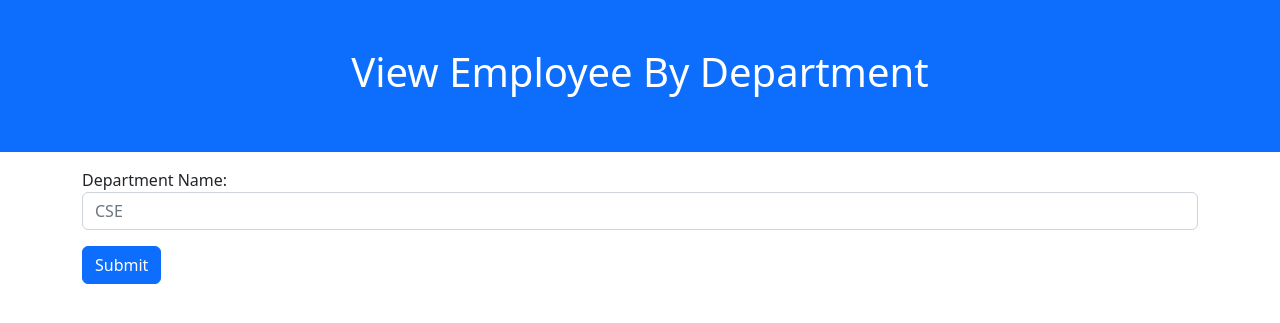
Repository: Rishicollinz/Java_Fullstack
Page: Eclipse 2/jspproject/src/main/webapp/view/byproj.html
The author's editor kept a copy of each file at every save. The page is drawn from the files as they stood at one save, then again after the next save.
The browser window is 1280 px wide. The pictures show the whole page.

Above is the page before, as saved 2023-05-18 16:23:08.

### Eclipse 2/jspproject/src/main/webapp/view/byproj.html
<!DOCTYPE html>
<html>
<head>
<meta charset="UTF-8">
<title>View By department</title>

<link href="https://cdn.jsdelivr.net/npm/bootstrap@5.2.3/dist/css/bootstrap.min.css" rel="stylesheet">
<script src="https://cdn.jsdelivr.net/npm/bootstrap@5.2.3/dist/js/bootstrap.bundle.min.js"></script>

</head>
<body>

<div class="container-fluid p-5 bg-primary text-white text-center">
  <h1>View Employee By Department</h1>
</div>

<div class="container mt-3">
  <form action="bydept.jsp" method="post">
    <div class="mb-3 mt-3">
      <label for="deptName">Department Name:</label>
      <input type="text" class="form-control"  placeholder="CSE" name="deptName">
    </div>
    <button type="submit" class="btn btn-primary">Submit</button>
  </form>
</div>


</body>
</html>

After the next save:
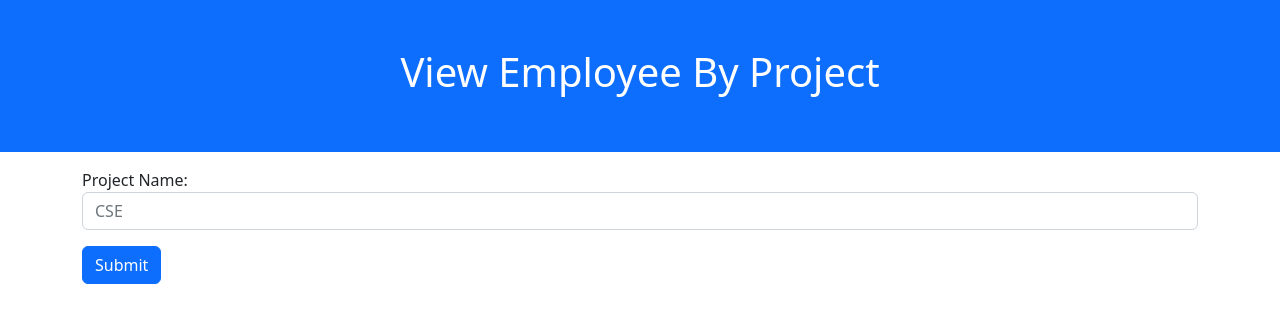
Saved 60 s later.
--- a/Eclipse 2/jspproject/src/main/webapp/view/byproj.html
+++ b/Eclipse 2/jspproject/src/main/webapp/view/byproj.html
@@ -2,7 +2,7 @@
 <html>
 <head>
 <meta charset="UTF-8">
-<title>View By department</title>
+<title>View By Project</title>
 
 <link href="https://cdn.jsdelivr.net/npm/bootstrap@5.2.3/dist/css/bootstrap.min.css" rel="stylesheet">
 <script src="https://cdn.jsdelivr.net/npm/bootstrap@5.2.3/dist/js/bootstrap.bundle.min.js"></script>
@@ -11,14 +11,14 @@
 <body>
 
 <div class="container-fluid p-5 bg-primary text-white text-center">
-  <h1>View Employee By Department</h1>
+  <h1>View Employee By Project</h1>
 </div>
 
 <div class="container mt-3">
-  <form action="bydept.jsp" method="post">
+  <form action="byproj.jsp" method="post">
     <div class="mb-3 mt-3">
-      <label for="deptName">Department Name:</label>
-      <input type="text" class="form-control"  placeholder="CSE" name="deptName">
+      <label for="projName">Project Name:</label>
+      <input type="text" class="form-control"  placeholder="CSE" name="projName">
     </div>
     <button type="submit" class="btn btn-primary">Submit</button>
   </form>
